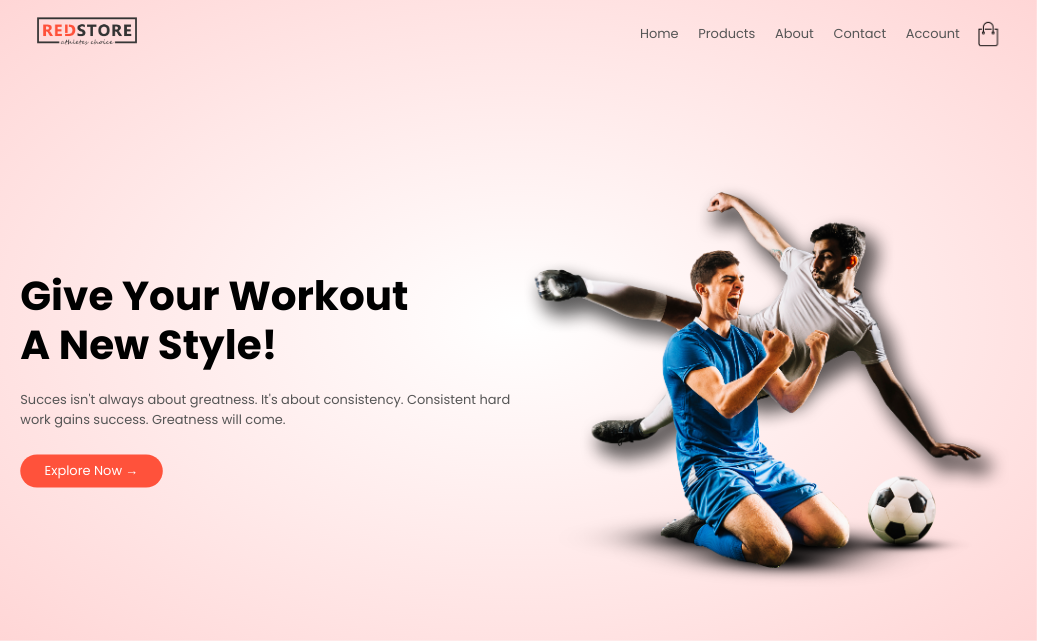
Repository: datvu1608/redsportstore
Page: index.html
The author's editor kept a copy of each file at every save. The page is drawn from the files as they stood at one save, then again after the next save.
The browser window is 1280 px wide. The pictures show the whole page, at 81% of full size.

Above is the page before, as saved 2023-11-22 23:18:42.

### index.html
<!DOCTYPE html>
<html lang="en">
  <head>
    <meta charset="UTF-8" />
    <meta name="viewport" content="width=device-width, initial-scale=1.0" />
    <title>Restore | Ecommerce Website Design</title>
    <link
      href="https://fonts.googleapis.com/css2?family=Poppins:wght@300;400;500;600;700&display=swap"
      rel="stylesheet"
    />
    <link rel="stylesheet" href="./styles.css" />
  </head>
  <body>
    <div class="header">
      <div class="container">
        <div class="navbar">
          <div class="logo">
            <img src="./images/logo.png" alt="" width="125px" />
          </div>
          <nav>
            <ul>
              <li>
                <a href="#">Home</a>
              </li>
              <li>
                <a href="#">Products</a>
              </li>
              <li>
                <a href="#">About</a>
              </li>
              <li>
                <a href="#">Contact</a>
              </li>
              <li>
                <a href="#">Account</a>
              </li>
            </ul>
          </nav>
          <img
            src="./images/cart.png"
            width="30px"
            height="30px"
            alt="cart-icon"
          />
        </div>
        <div class="row">
          <div class="col-2">
            <h1>Give Your Workout <br />A New Style!</h1>
            <p>
              Succes isn't always about greatness. It's about consistency.
              Consistent hard work gains success. Greatness will come.
            </p>
            <a href="" class="btn">Explore Now &#8594;</a>
          </div>
          <div class="col-2">
            <img src="./images/image1.png" alt="" />
          </div>
        </div>
      </div>
    </div>
    <!-- featured categories -->
    <div class="categories">
      <div class="row">
        <div class="col-3"></div>
        <div class="col-3"></div>
        <div class="col-3"></div>
      </div>
    </div>
  </body>
</html>

### styles.css
* {
  margin: 0;
  padding: 0;
  box-sizing: border-box;
}
body {
  font-family: 'Poppins', sans-serif;
}
a {
  text-decoration: none;
}
.navbar {
  display: flex;
  align-items: center;
  padding: 20px;
}
nav {
  flex: 1;
  text-align: right;
}
nav ul {
  display: inline-block;
  list-style-type: none;
}
nav ul li {
  display: inline-block;
  margin-right: 20px;
}
nav ul li a {
  text-decoration: none;
  color: #555;
}

p {
  color: #555;
}
.container {
  max-width: 1300px;
  margin: auto;
  padding-left: 25px;
  padding-right: 25px;
}
.row {
  display: flex;
  align-items: center;
  flex-wrap: wrap;
  justify-content: space-around;
}
.col-2 {
  flex-basis: 50%;
  min-width: 300px;
}
.col-2 img {
  max-width: 100%;
  padding: 50px 0;
}
.col-2 h1 {
  font-size: 50px;
  line-height: 60px;
  margin: 25px 0;
}
.btn {
  display: inline-block;
  background: #ff523b;
  border-radius: 30px;
  color: #fff;
  padding: 8px 30px;
  margin: 30px 0;
  transition: 0.5s;
}
.btn:hover {
  background: #563434;
}
.header {
  background: radial-gradient(#fff, #ffd6d6);
}
.header .row {
  margin-top: 70px;
}

After the next save:
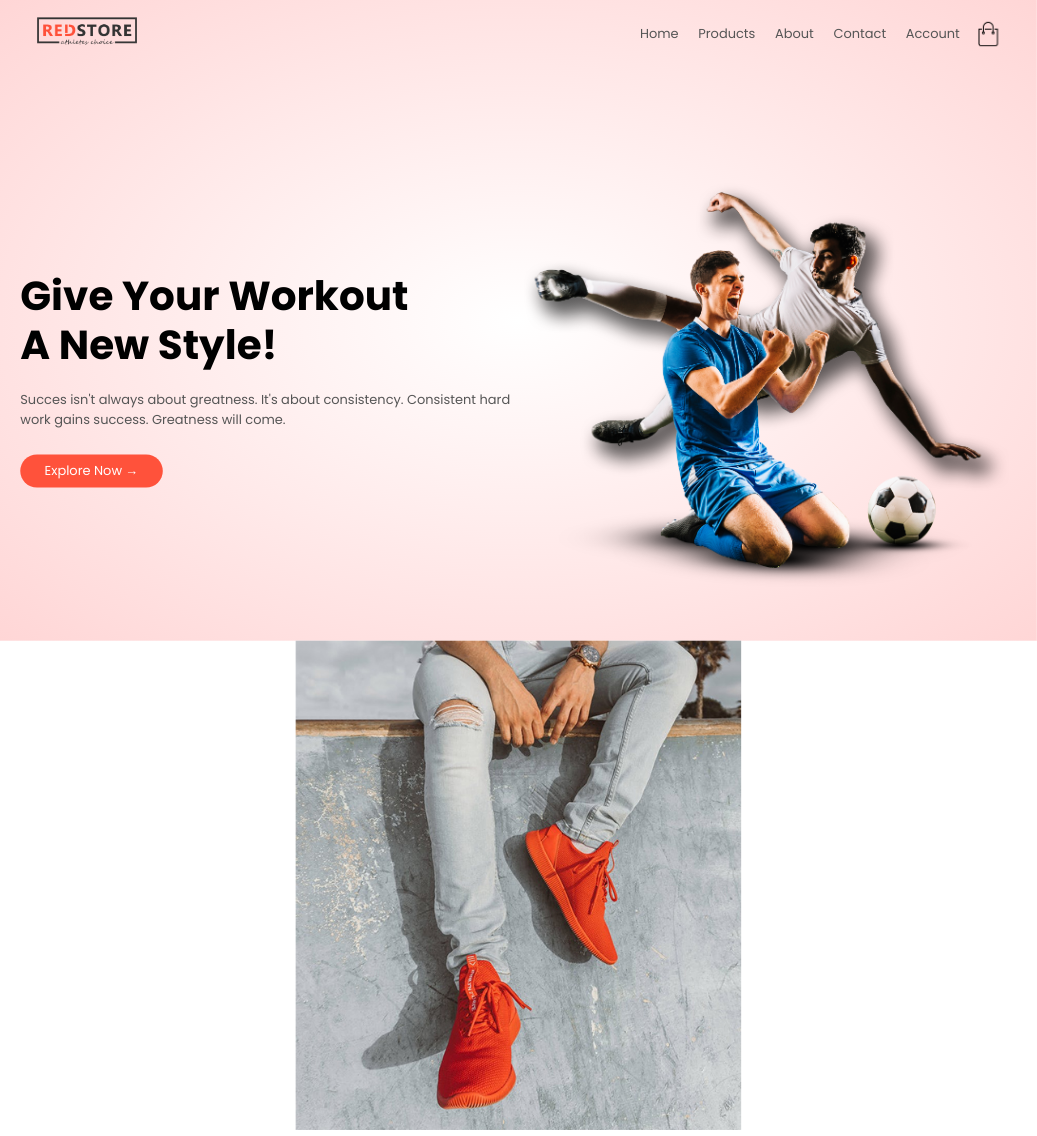
Saved 18 s later.
--- a/index.html
+++ b/index.html
@@ -61,9 +61,9 @@
     <!-- featured categories -->
     <div class="categories">
       <div class="row">
-        <div class="col-3"></div>
-        <div class="col-3"></div>
-        <div class="col-3"></div>
+        <div class="col-3">
+          <img src="./images/category-1.jpg" alt="" />
+        </div>
       </div>
     </div>
   </body>
